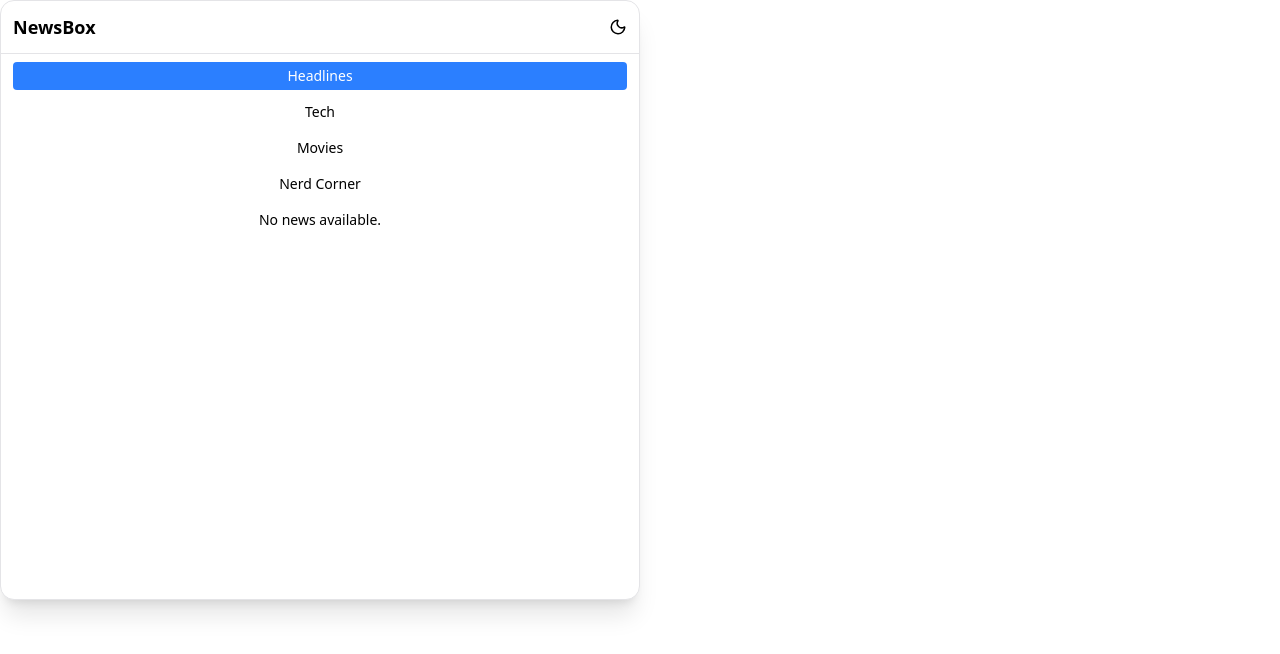
Repository: Bhuvi888/newsbox-extension
Page: /
An editor plug-in stored every save of this project. The page is shown before and after the next save, followed by the edit.
The browser window is 1280 px wide. The pictures show the whole page.
The page's requests for data from a server got no answer. The project was rebuilt for these pictures with package versions that can differ from the ones it lists, and the page was loaded fresh each time. No one was signed in, and anything a server would have sent is missing. Also part of the build but not shown: vite.config.ts. Imported but missing from the stored project, and not drawn on this page: src/components/ui/card.

Above is the page before, as saved 2025-05-29 12:41:17.

### src/main.tsx
import { StrictMode } from "react";
import { createRoot } from "react-dom/client";
import "./index.css";
import App from "./popup/App.tsx";

createRoot(document.getElementById("root")!).render(
  <StrictMode>
    <App />
  </StrictMode>
);

### src/popup/App.tsx
// src/App.tsx
import { useEffect, useState } from "react";
import { Tabs } from "../components/ui/tabs";
import { Card, CardContent } from "../components/ui/card";
import { Sun, Moon, Bookmark } from "lucide-react";
import { motion } from "framer-motion";
import axios from "axios";

const categories = ["Headlines", "Tech", "Movies", "Nerd Corner"];

const categoryToQuery: Record<string, string> = {
  Headlines: "general",
  Tech: "technology",
  Movies: "entertainment",
  "Nerd Corner": "anime OR gaming OR comics"
};

const API_KEY = "19fdac03e99be007425b60553981cd9d";
const BASE_URL = "https://gnews.io/api/v4/search";

type NewsArticle = {
  title: string;
  description: string;
  url: string;
  source: {
    name: string;
  };
  // Add more fields here if needed, or remove the index signature to avoid 'any'
};

export default function App() {
  const [activeTab, setActiveTab] = useState("Headlines");
  const [darkMode, setDarkMode] = useState(false);
  const [newsData, setNewsData] = useState<NewsArticle[]>([]);
  const [loading, setLoading] = useState(true);

  useEffect(() => {
    const fetchNews = async () => {
      setLoading(true);
      try {
        const query = categoryToQuery[activeTab];
        const res = await axios.get(`${BASE_URL}?q=${encodeURIComponent(query)}&lang=en&apikey=${API_KEY}`);
        setNewsData(res.data.articles || []);
      } catch (err) {
        console.error("Error fetching news:", err);
        setNewsData([]);
      }
      setLoading(false);
    };
    fetchNews();
  }, [activeTab]);

  return (
    <div
      className={`w-[640px] h-[600px] overflow-y-auto rounded-xl shadow-xl border transition-colors duration-300 ${darkMode ? "bg-gray-900 text-white" : "bg-white text-black"}`}
    >
      <header className="flex items-center justify-between p-3 border-b">
        <h1 className="text-lg font-bold font-anime">NewsBox</h1>
        <button onClick={() => setDarkMode(!darkMode)}>
          {darkMode ? <Sun size={18} /> : <Moon size={18} />}
        </button>
      </header>

      <Tabs value={activeTab} onValueChange={setActiveTab} className="px-3 mt-2 text-sm">
        {categories.map((cat) => (
          <button
            key={cat}
            className={`capitalize px-3 py-1 rounded transition-colors ${
              activeTab === cat
                ? "bg-blue-500 text-white"
                : "bg-transparent text-inherit hover:bg-gray-200 dark:hover:bg-gray-800"
            }`}
            onClick={() => setActiveTab(cat)}
            type="button"
          >
            {cat}
          </button>
        ))}
      </Tabs>

      <main className="p-3 space-y-3">
        {loading ? (
          <div className="text-center text-sm">Loading...</div>
        ) : newsData.length > 0 ? (
          newsData.map((news, i) => (
            <motion.div
              key={i}
              initial={{ opacity: 0, y: 10 }}
              animate={{ opacity: 1, y: 0 }}
              transition={{ delay: i * 0.05 }}
            >
              <Card className="rounded-xl shadow border bg-opacity-60 backdrop-blur-md">
                <CardContent className="p-3">
                  <div className="flex justify-between items-start">
                    <div className="pr-2">
                      <h2 className="text-sm font-semibold mb-1 font-anime line-clamp-2">{news.title}</h2>
                      <p className="text-xs opacity-80 line-clamp-3">{news.description}</p>
                      <a
                        href={news.url}
                        target="_blank"
                        rel="noopener noreferrer"
                        className="text-xs mt-2 inline-block text-blue-500"
                      >
                        {news.source.name}
                      </a>
                    </div>
                    <button><Bookmark size={16} /></button>
                  </div>
                </CardContent>
              </Card>
            </motion.div>
          ))
        ) : (
          <div className="text-center text-sm">No news available.</div>
        )}
      </main>
    </div>
  );
}

### src/components/ui/tabs.tsx
import * as React from "react"
import * as TabsPrimitive from "@radix-ui/react-tabs"

import { cn } from "../../lib/utils"

function Tabs({
  className,
  ...props
}: React.ComponentProps<typeof TabsPrimitive.Root>) {
  return (
    <TabsPrimitive.Root
      data-slot="tabs"
      className={cn("flex flex-col gap-2", className)}
      {...props}
    />
  )
}

function TabsList({
  className,
  ...props
}: React.ComponentProps<typeof TabsPrimitive.List>) {
  return (
    <TabsPrimitive.List
      data-slot="tabs-list"
      className={cn(
        "bg-muted text-muted-foreground inline-flex h-9 w-fit items-center justify-center rounded-lg p-[3px]",
        className
      )}
      {...props}
    />
  )
}

function TabsTrigger({
  className,
  ...props
}: React.ComponentProps<typeof TabsPrimitive.Trigger>) {
  return (
    <TabsPrimitive.Trigger
      data-slot="tabs-trigger"
      className={cn(
        "data-[state=active]:bg-background dark:data-[state=active]:text-foreground focus-visible:border-ring focus-visible:ring-ring/50 focus-visible:outline-ring dark:data-[state=active]:border-input dark:data-[state=active]:bg-input/30 text-foreground dark:text-muted-foreground inline-flex h-[calc(100%-1px)] flex-1 items-center justify-center gap-1.5 rounded-md border border-transparent px-2 py-1 text-sm font-medium whitespace-nowrap transition-[color,box-shadow] focus-visible:ring-[3px] focus-visible:outline-1 disabled:pointer-events-none disabled:opacity-50 data-[state=active]:shadow-sm [&_svg]:pointer-events-none [&_svg]:shrink-0 [&_svg:not([class*='size-'])]:size-4",
        className
      )}
      {...props}
    />
  )
}

function TabsContent({
  className,
  ...props
}: React.ComponentProps<typeof TabsPrimitive.Content>) {
  return (
    <TabsPrimitive.Content
      data-slot="tabs-content"
      className={cn("flex-1 outline-none", className)}
      {...props}
    />
  )
}

export { Tabs, TabsList, TabsTrigger, TabsContent }

Loaded but not shown: src/index.css (common file); src/lib/utils.ts (common file)

After the next save:
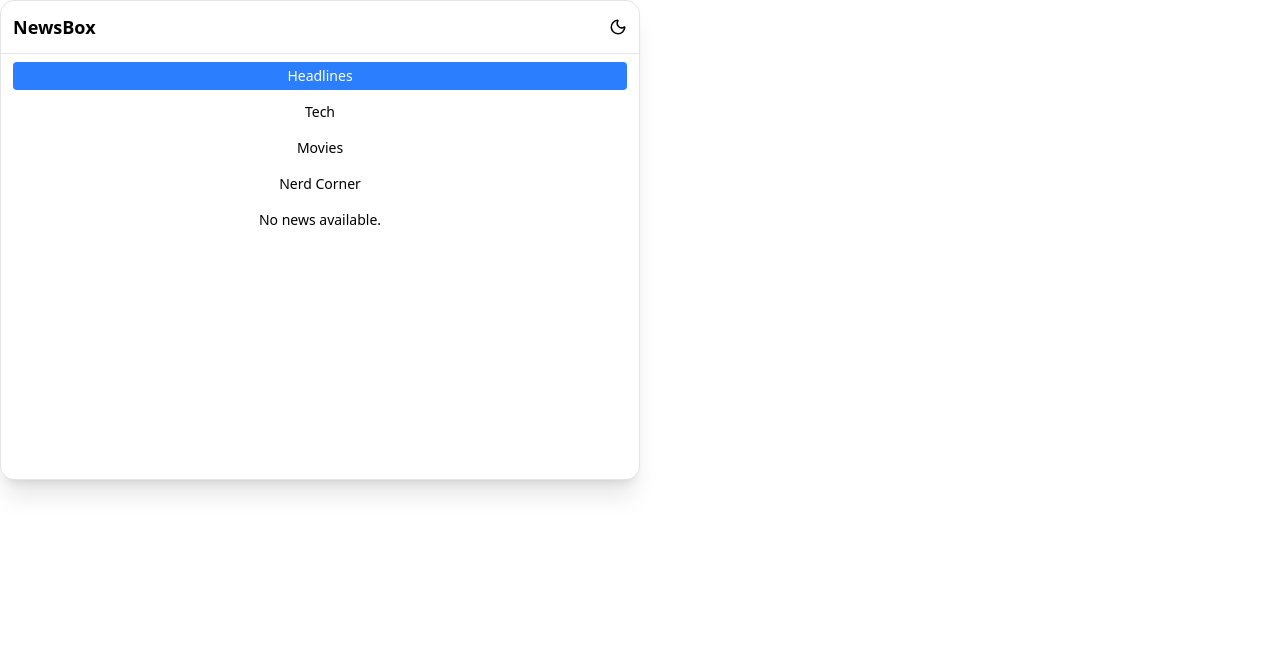
Saved 4 s later.
--- a/src/popup/App.tsx
+++ b/src/popup/App.tsx
@@ -52,7 +52,7 @@ export default function App() {
 
   return (
     <div
-      className={`w-[640px] h-[600px] overflow-y-auto rounded-xl shadow-xl border transition-colors duration-300 ${darkMode ? "bg-gray-900 text-white" : "bg-white text-black"}`}
+      className={`w-[640px] h-[480px] overflow-y-auto rounded-xl shadow-xl border transition-colors duration-300 ${darkMode ? "bg-gray-900 text-white" : "bg-white text-black"}`}
     >
       <header className="flex items-center justify-between p-3 border-b">
         <h1 className="text-lg font-bold font-anime">NewsBox</h1>
